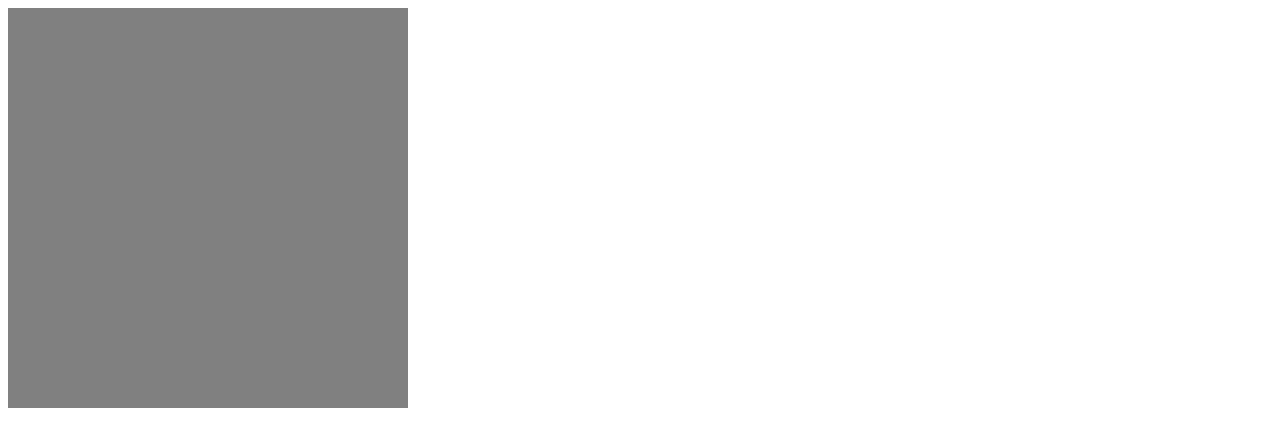
Repository: evemcd/udemy_javascript
Page: complete-javascript-course-master/02-Fundamentals-Part-2/starter/minesweeper/index.html
The author's editor kept a copy of each file at every save. The page is drawn from the files as they stood at one save, then again after the next save.
The browser window is 1280 px wide. The pictures show the whole page.

Above is the page before, as saved 2022-04-21 19:49:45.

After the next save:
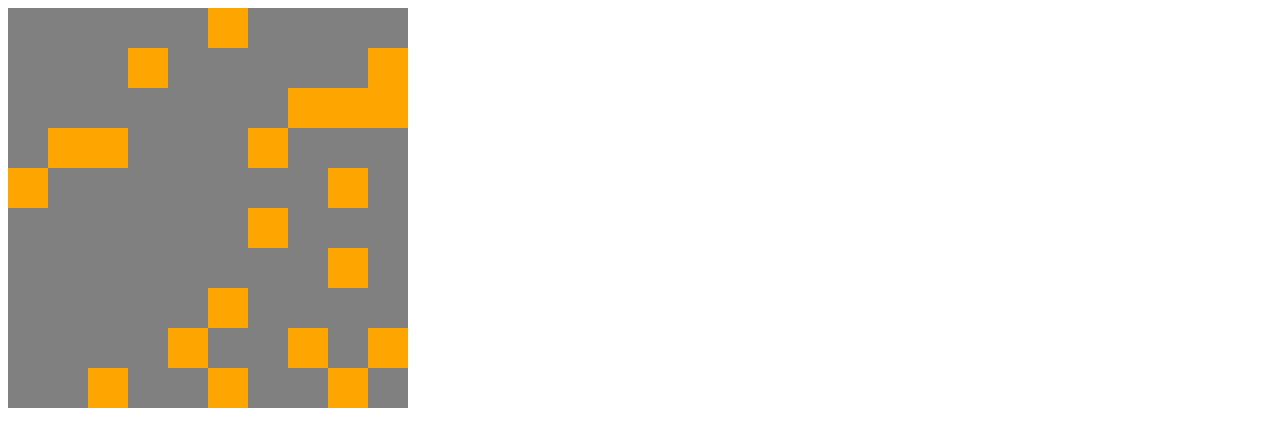
Saved 21 s later.
--- a/complete-javascript-course-master/02-Fundamentals-Part-2/starter/minesweeper/style.css
+++ b/complete-javascript-course-master/02-Fundamentals-Part-2/starter/minesweeper/style.css
@@ -10,3 +10,7 @@
     height: 40px;
     width: 40px;
 }
+
+.bomb {
+    background-color: orange;
+}

After the 5 saves that followed:
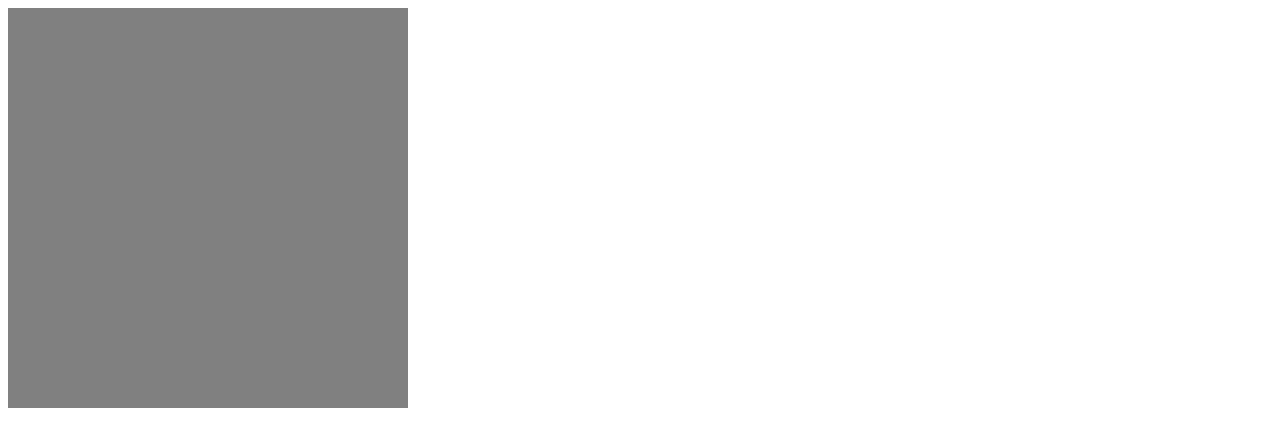
Console error: SyntaxError: Unexpected token '}'
The 5 saves are shown as one change because 4 left the picture as it was.
The last was saved 4 min 3 s later.
--- a/complete-javascript-course-master/02-Fundamentals-Part-2/starter/minesweeper/script.js
+++ b/complete-javascript-course-master/02-Fundamentals-Part-2/starter/minesweeper/script.js
@@ -20,6 +20,14 @@ document.addEventListener('DOMContentLoaded', () => {
             grid.appendChild(square)
             squares.push(square);
         }
+
+        //add numbers
+        for (let i = 0; i < squares.length; i++) {
+            const isLeftEdge = i % width === 0;
+            const isRightEdge = i === width - 1;
+
+            if (squ)
+        }
     }
     createBoard();
 })
